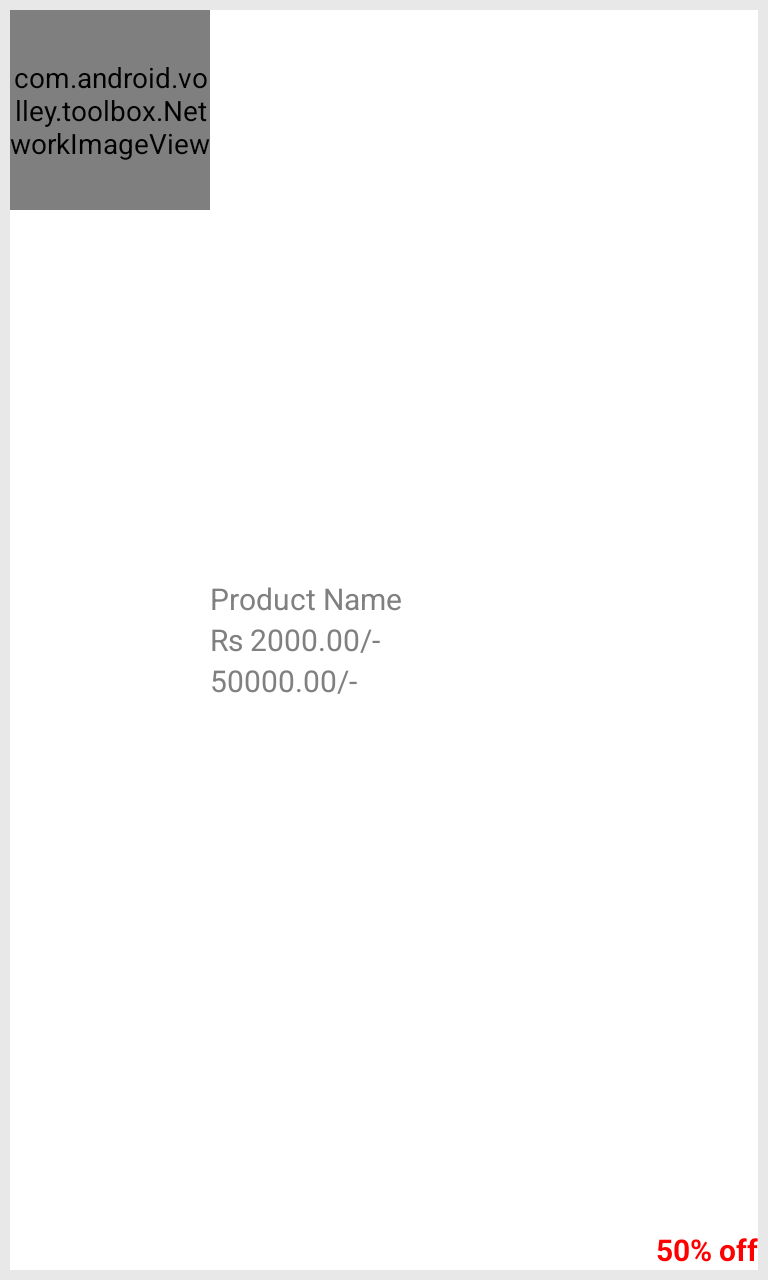
Repository: thisisdemo333/BigDiscount
Layout: BigDiscounts/res/layout/view_lv_search_list.xml
An editor plug-in stored every save of this project. The layout is shown before and after the next save, followed by the edit.
Pictures or frames that could not be fetched are drawn as grey boxes. It is drawn on a 768 x 1280 px phone screen (xhdpi) without system bars, with theme AppTheme; the app's code is not run.

Above is the layout before, as saved 2015-05-10 16:42:46.

After the next save:
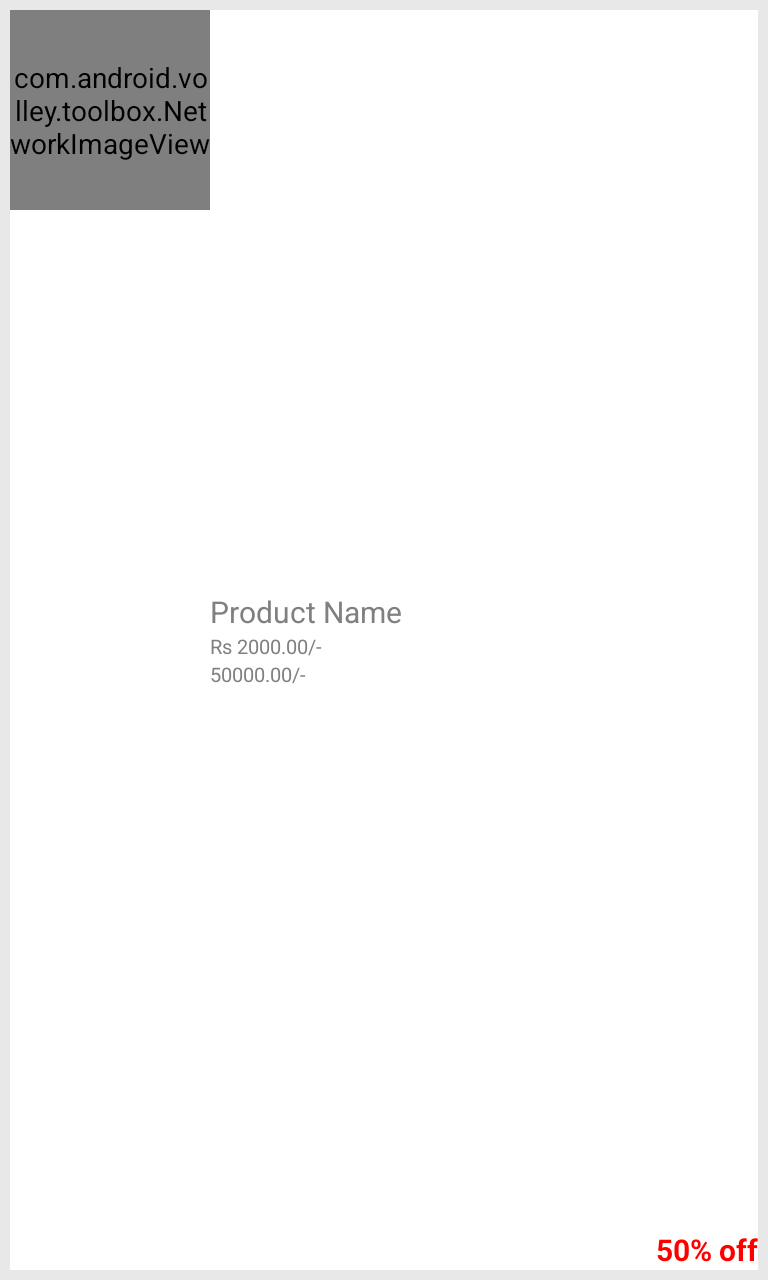
Saved 3 min 19 s later.
--- a/BigDiscounts/res/layout/view_lv_search_list.xml
+++ b/BigDiscounts/res/layout/view_lv_search_list.xml
@@ -56,7 +56,7 @@
                 android:layout_height="wrap_content"
                 android:text="Rs 2000.00/-"
                 android:textColor="@color/gray"
-                android:textSize="@dimen/medium_text_size" />
+                android:textSize="@dimen/small_text_size" />
 
             <TextView
                 android:id="@+id/tv_product_mrp"
@@ -64,7 +64,7 @@
                 android:layout_height="wrap_content"
                 android:text="50000.00/-"
                 android:textColor="@color/gray"
-                android:textSize="@dimen/medium_text_size" />
+                android:textSize="@dimen/small_text_size" />
         </LinearLayout>
 
         <TextView
